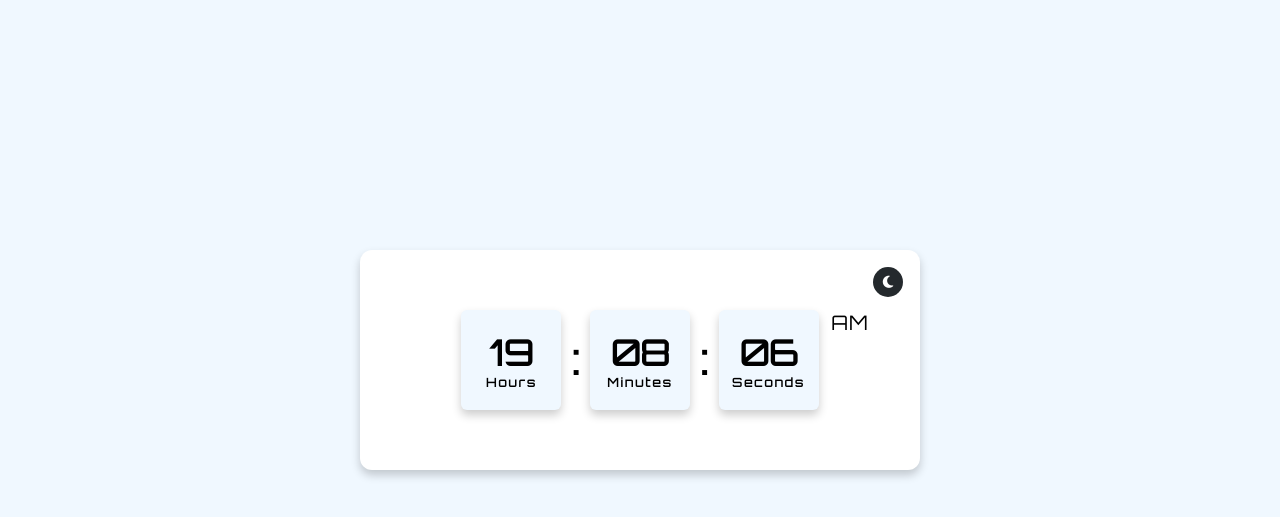
Repository: HueVu99/ComPonents
Page: Dynamic Digital Clock/index.html
An editor plug-in stored every save of this project. The page is shown before and after a run of saves, followed by the edit.
The browser window is 1280 px wide. The pictures show the whole page.
Some web libraries are served in a nearby version.

Above is the page before, as saved 2022-07-08 20:01:19.

After the next 2 saves:
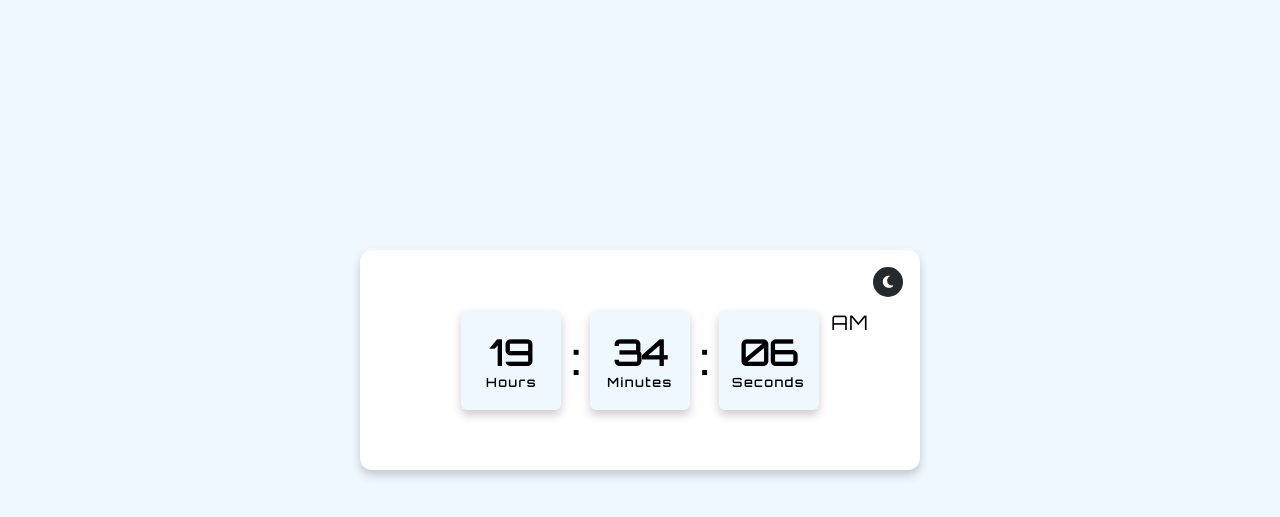
The 2 saves are shown as one change because they came seconds apart.
The last was saved 6 s later.
--- a/Dynamic Digital Clock/main.js
+++ b/Dynamic Digital Clock/main.js
@@ -11,5 +11,5 @@ setInterval(()=>{
    console.log("~ hour", hour)
    document.querySelector(".hour_num").innerText = hour;
    min = date.getMinutes();
-   document.querySelector(".min_num").inner
+   document.querySelector(".min_num").innerText = min;
 },1000)
